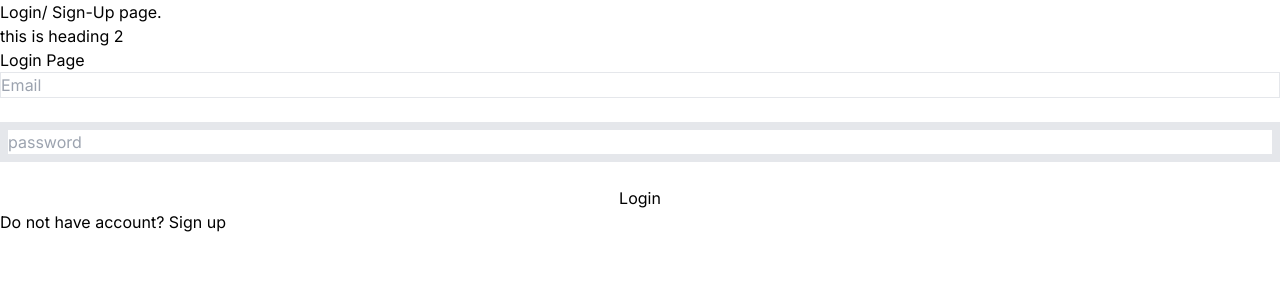
Repository: its-kundan/food-on-time
Page: /restaurant
An editor plug-in stored every save of this project. The page is shown before and after a run of saves, followed by the edit.
The browser window is 1280 px wide. The pictures show the whole page.
The project was rebuilt for these pictures with package versions that can differ from the ones it lists, and the page was loaded fresh each time. The framework's server and built-in components were replaced by stand-ins that run in the browser. Also part of the build but not shown: next.config.mjs, src/app/_components/SignUp.jsx.

Above is the page before, as saved 2024-07-24 19:47:12.

After the next 2 saves:
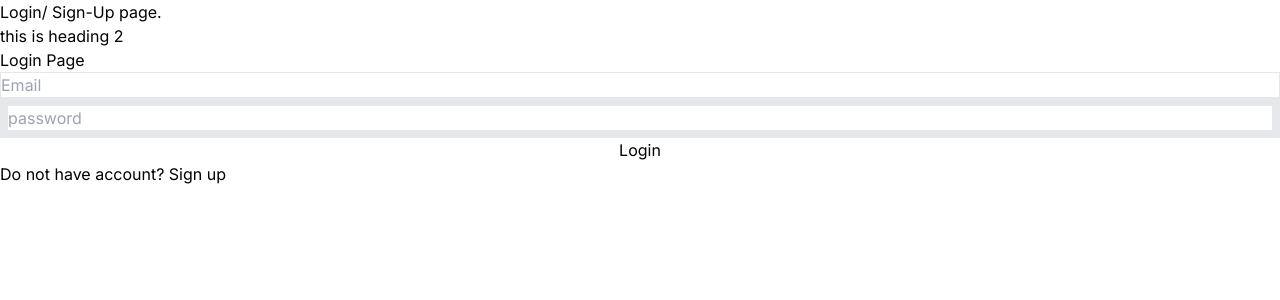
The 2 saves are shown as one change because they came seconds apart.
The last was saved 13 s later.
--- a/src/app/_components/Login.jsx
+++ b/src/app/_components/Login.jsx
@@ -6,9 +6,9 @@ function Login() {
         <div className='flex flex-col'>
         <h3> Login  Page</h3>
         <input className='border ' type="email" placeholder="Email" />
-        <br />
+        {/* <br /> */}
         <input className='border-8' type="password" placeholder="password" />
-        <br />
+        {/* <br /> */}
         <button>Login</button>
         </div>
     </>
